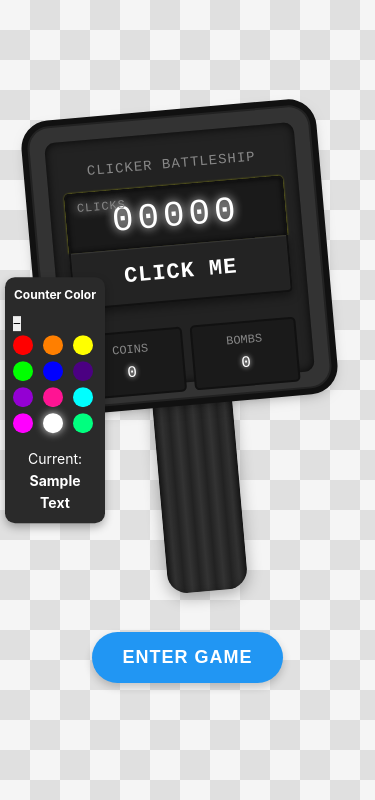
Repository: Moshikol/clicker-battleship
Page: /
An editor plug-in stored every save of this project. The page is shown before and after the next save, followed by the edit.
The browser window is 375 px wide. The pictures show the whole page.
Some web fonts or font styles are not loaded; a fallback is used. The project was rebuilt for these pictures with package versions that can differ from the ones it lists, and the page was loaded fresh each time. Also part of the build but not shown: webpack.config.js, src/components/clicker/Clicker.module.css, src/components/clicker/Clicker.tsx, src/components/grid/ShipPlacement.module.css, src/components/grid/ShipPlacement.tsx, src/components/grid/Grid.module.css, src/components/grid/Grid.tsx, src/components/game/GameBoard.module.css and 5 more.

Above is the page before, as saved 2025-03-18 20:48:50.

After the next save:
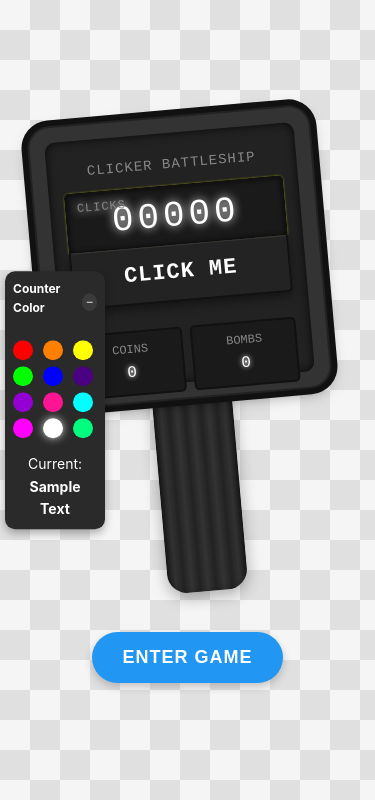
Saved 18 s later.
--- a/src/components/ui/ColorPicker.module.css
+++ b/src/components/ui/ColorPicker.module.css
@@ -9,19 +9,52 @@
   box-shadow: 0 4px 8px rgba(0, 0, 0, 0.3);
   z-index: 100;
   width: 150px;
-  transition: transform 0.3s ease;
+  transition: all 0.3s ease;
 }
 
 .colorPicker:hover {
   transform: translateY(-50%) translateX(5px);
 }
 
+.header {
+  display: flex;
+  justify-content: space-between;
+  align-items: center;
+  margin-bottom: 15px;
+}
+
 .title {
   color: #ffffff;
   font-size: 16px;
-  margin-top: 0;
-  margin-bottom: 15px;
-  text-align: center;
+  margin: 0;
+  text-align: left;
+}
+
+.toggleButton {
+  background-color: #3a3a3a;
+  color: white;
+  border: none;
+  border-radius: 50%;
+  width: 24px;
+  height: 24px;
+  font-size: 16px;
+  display: flex;
+  align-items: center;
+  justify-content: center;
+  cursor: pointer;
+  transition: background-color 0.2s;
+  padding: 0;
+  line-height: 1;
+}
+
+.toggleButton:hover {
+  background-color: #505050;
+}
+
+.collapsed {
+  width: auto;
+  min-width: 100px;
+  padding: 10px;
 }
 
 .colorGrid {
@@ -78,6 +111,12 @@
     font-size: 14px;
     margin-bottom: 10px;
   }
+
+  .toggleButton {
+    width: 20px;
+    height: 20px;
+    font-size: 14px;
+  }
 }
 
 @media (max-width: 480px) {
@@ -100,4 +139,10 @@
     font-size: 12px;
     margin-bottom: 8px;
   }
+
+  .toggleButton {
+    width: 18px;
+    height: 18px;
+    font-size: 12px;
+  }
 }
